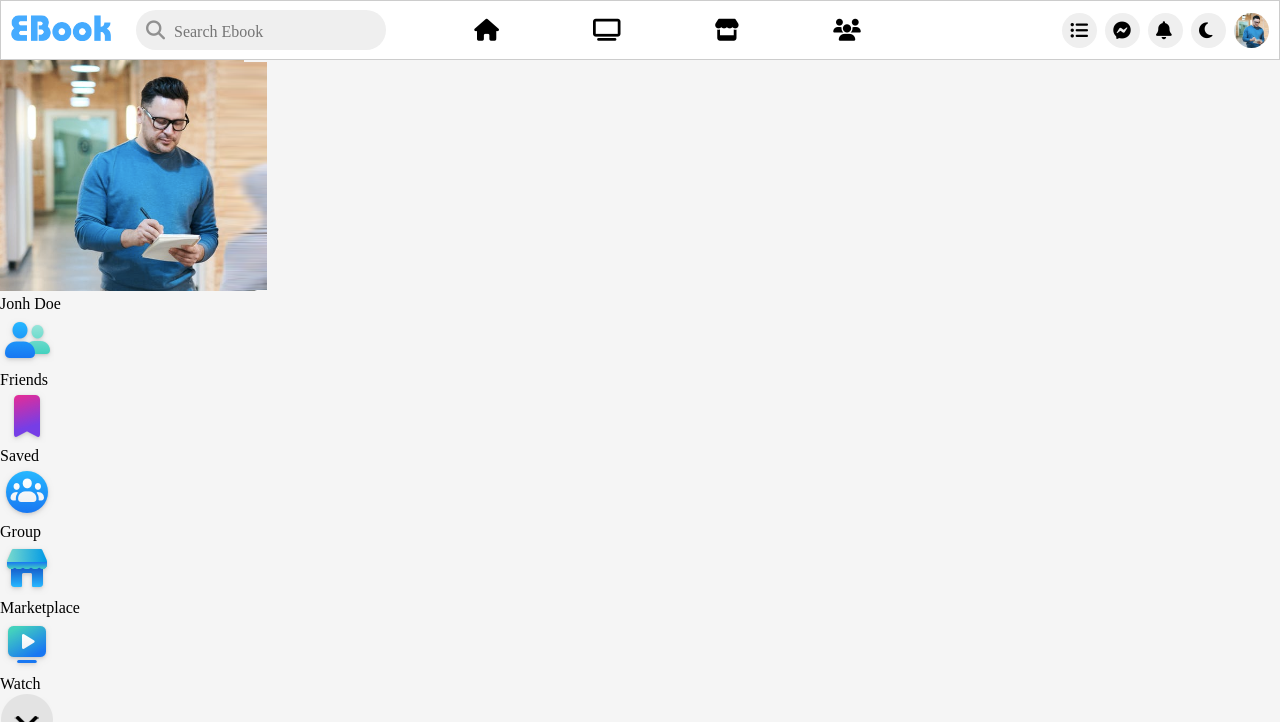
Repository: datvu1608/cloneebook
Page: index.html
These files come from the project's save history. The page is drawn as it stood at one moment and after the next save; the edit follows.
The browser window is 1280 px wide. The pictures show the whole page.
Some web libraries are served in a nearby version.

Above is the page before, as saved 2023-02-23 14:56:57.

After the next save:
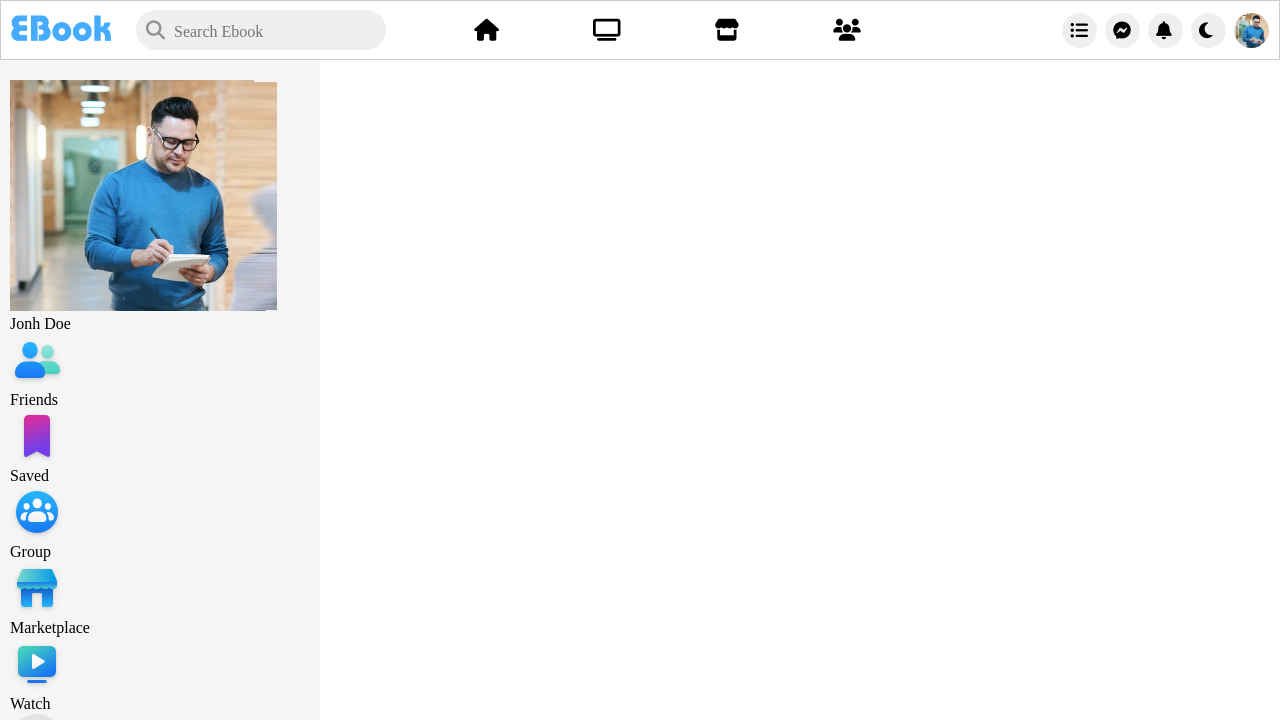
Saved 14 s later.
--- a/style.css
+++ b/style.css
@@ -103,5 +103,7 @@ nav .right img {
   height: 92vh;
   overflow: hidden;
   overflow-y: scroll;
-  background-color: #f5f5f5 p20-6-5-10;
+  background-color: #f5f5f5;
+  padding: 20px 6px 5px 10px;
+  position: fixed;
 }
